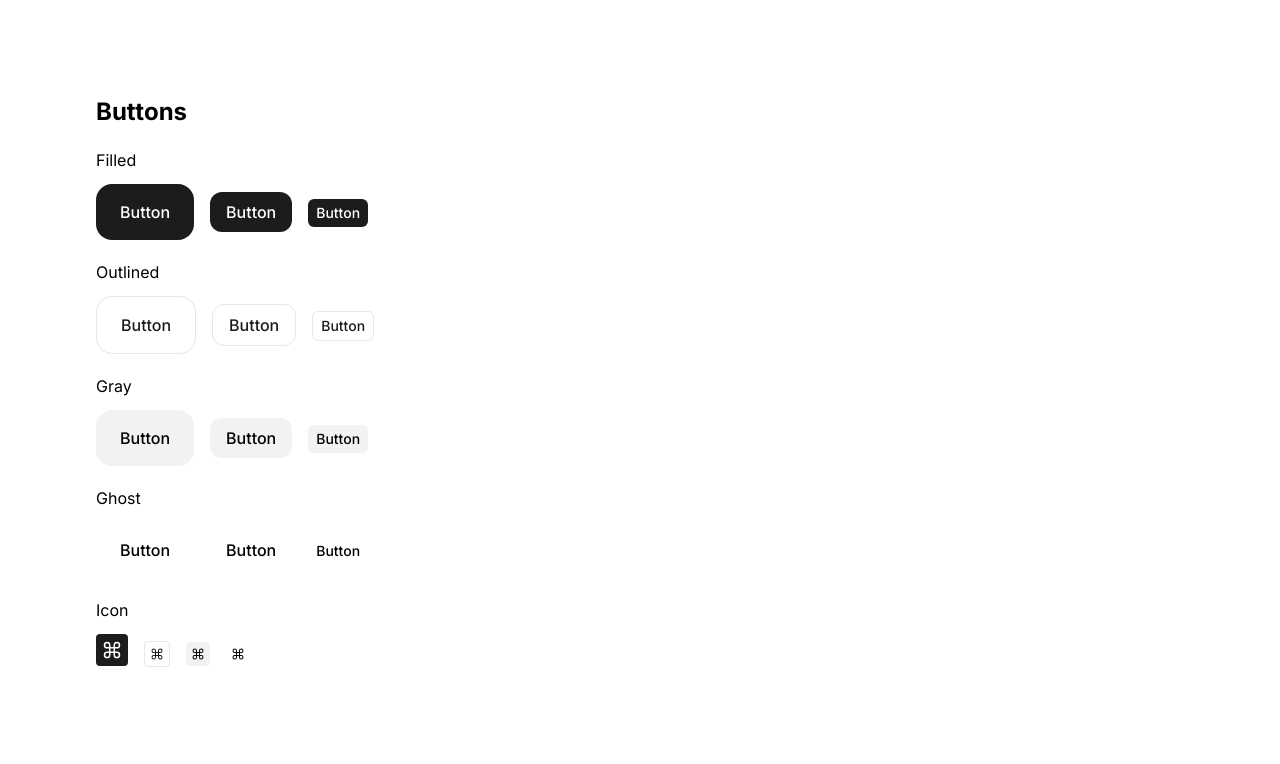
Repository: ggonzaga29/polarized-dashboard
Page: /
An editor plug-in stored every save of this project. The page is shown before and after the next save, followed by the edit.
The browser window is 1280 px wide. The pictures show the whole page.
The project was rebuilt for these pictures with package versions that can differ from the ones it lists, and the page was loaded fresh each time. The framework's server and built-in components were replaced by stand-ins that run in the browser. Also part of the build but not shown: next.config.js.

Above is the page before, as saved 2023-08-04 00:46:08.

After the next save:
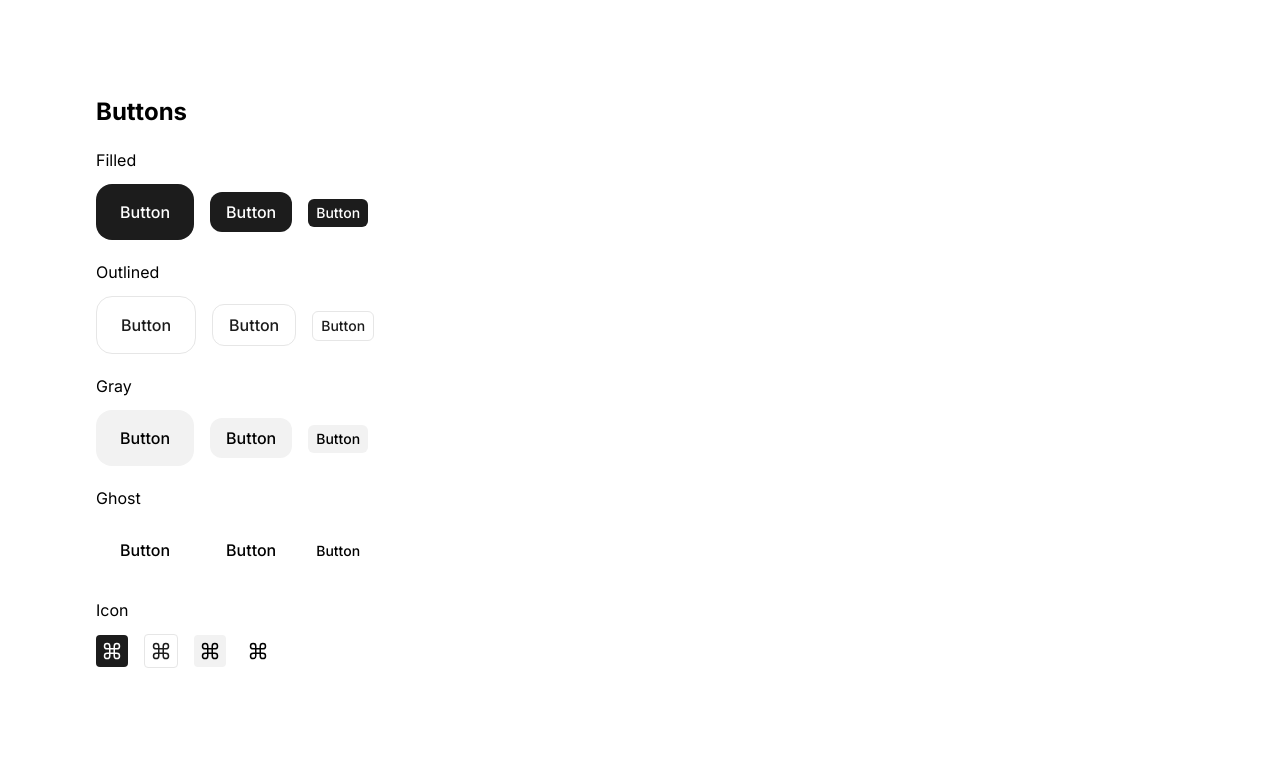
Saved 23 s later.
--- a/src/app/page.jsx
+++ b/src/app/page.jsx
@@ -1,4 +1,4 @@
-"use client"
+'use client';
 
 import Image from 'next/image';
 import { Button } from '@/components/ui/button';
@@ -71,13 +71,13 @@ export default function Home() {
             <Command className="h-6 w-6" />
           </Button>
           <Button variant="outlined" size="icon">
-            <Command />
+            <Command className="h-6 w-6" />
           </Button>
           <Button variant="gray" size="icon">
-            <Command />
+            <Command className="h-6 w-6" />
           </Button>
           <Button variant="ghost" size="icon">
-            <Command />
+            <Command className="h-6 w-6" />
           </Button>
         </div>
       </div>
